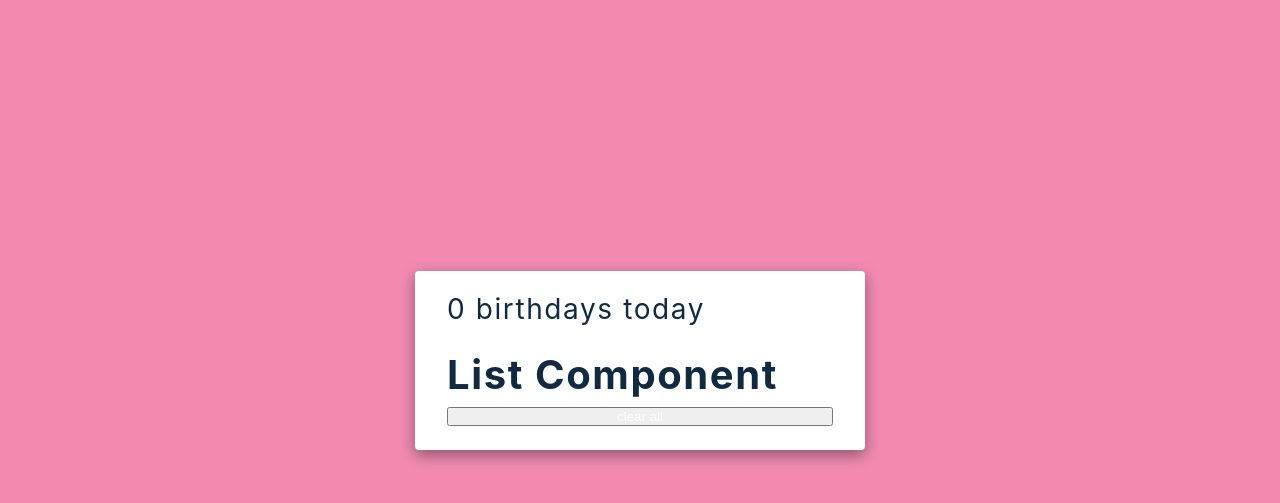
Repository: bodescuanamariia/birthday-reminder
Page: /
An editor plug-in stored every save of this project. The page is shown before and after the next save, followed by the edit.
The browser window is 1280 px wide. The pictures show the whole page.
The project was rebuilt for these pictures with package versions that can differ from the ones it lists, and the page was loaded fresh each time. Imported but missing from the stored project, and not drawn on this page: src/data.

Above is the page before, as saved 2022-04-14 14:30:08.

### src/index.css
/*
===============
Variables
===============
*/

:root {
  /* dark shades of primary color  */
  --clr-primary-1: hsl(162, 61%, 89%);
  --clr-primary-2: hsl(162, 61%, 78%);
  --clr-primary-3: hsl(162, 61%, 67%);
  --clr-primary-4: hsl(162, 61%, 57%);

  /* primary main color  */
  --clr-primary-5: hsl(162, 73%, 46%);

  /* lighter shades of primary color  */
  --clr-primary-6: #1aa179;
  --clr-primary-7: #13795b;
  --clr-primary-8: #0d503c;
  --clr-primary-9: #06281e;

  /* darkest grey - used for headings */
  --clr-grey-1: hsl(212, 33%, 89%);
  --clr-grey-2: hsl(210, 31%, 80%);
  --clr-grey-3: hsl(211, 27%, 70%);
  --clr-grey-4: hsl(209, 23%, 60%);

  /* grey used for paragraphs */
  --clr-grey-5: hsl(210, 22%, 49%);
  --clr-grey-6: hsl(209, 28%, 39%);
  --clr-grey-7: hsl(209, 34%, 30%);
  --clr-grey-8: hsl(211, 39%, 23%);
  --clr-grey-9: hsl(209, 61%, 16%);
  --clr-white: #fff;
  --clr-red-dark: hsl(360, 67%, 44%);
  --clr-red-light: hsl(360, 71%, 66%);
  --clr-green-dark: hsl(125, 67%, 44%);
  --clr-green-light: hsl(125, 71%, 66%);
  --clr-black: #222;
  --transition: all 0.3s linear;
  --spacing: 0.1rem;
  --radius: 0.25rem;
  --light-shadow: 0 5px 15px rgba(0, 0, 0, 0.1);
  --dark-shadow: 0 5px 15px rgba(0, 0, 0, 0.4);
  --max-width: 1170px;
  --fixed-width: 450px;
  --clr-pink: #f28ab2;
}

/*
===============
Global Styles
===============
*/
*,
::after,
::before {
  margin: 0;
  padding: 0;
  box-sizing: border-box;
}
body {
  font-family: -apple-system, BlinkMacSystemFont, "Segoe UI", "Roboto", "Oxygen",
    "Ubuntu", "Cantarell", "Fira Sans", "Droid Sans", "Helvetica Neue",
    sans-serif;
  background: var(--clr-pink);
  color: var(--clr-grey-9);
  line-height: 1.5;
  font-size: 0.875rem;
}
ul {
  list-style-type: none;
}
a {
  text-decoration: none;
}
h1,
h2,
h3,
h4 {
  letter-spacing: var(--spacing);
  text-transform: capitalize;
  line-height: 1.25;
  margin-bottom: 0.75rem;
}
h1 {
  font-size: 3rem;
}
h2 {
  font-size: 2rem;
}
h3 {
  font-size: 1.25rem;
}
h4 {
  font-size: 0.875rem;
}
p {
  margin-bottom: 1.25rem;
  color: var(--clr-grey-5);
}
@media screen and (min-width: 800px) {
  h1 {
    font-size: 4rem;
  }
  h2 {
    font-size: 2.5rem;
  }
  h3 {
    font-size: 1.75rem;
  }
  h4 {
    font-size: 1rem;
  }
  body {
    font-size: 1rem;
  }
  h1,
  h2,
  h3,
  h4 {
    line-height: 1;
  }
}

/*
===============
Global Classes
===============
*/
main {
  min-height: 100vh;
  display: flex;
  justify-content: center;
  align-items: center;
}
.container {
  width: 90vw;
  margin: 5rem 0;
  max-width: var(--fixed-width);
  background: var(--clr-white);
  border-radius: var(--radius);
  padding: 1.5rem 2rem;
  box-shadow: var(--dark-shadow);
}
.container h3 {
  font-weight: normal;
  text-transform: none;
  margin-bottom: 2rem;
}
.container button {
  color: var(--clr-white);
  display: block;
  width: 100%;
}

### src/App.js
import React, { useState } from "react";
import List from "./List";
import data from "./data";

function App() {
  return (
    <main>
      <section className="container">
        <h3>0 birthdays today</h3>
        <List />
        <button onClick={() => console.log("you clicked me")}>clear all</button>
      </section>
    </main>
  );
}

export default App;

### src/List.js
import React from "react";

const List = () => {
  return (
    <>
      <h2>list component</h2>
    </>
  );
};

export default List;

Loaded but not shown: public/index.html (common file); src/index.js (common file)

After the next save:
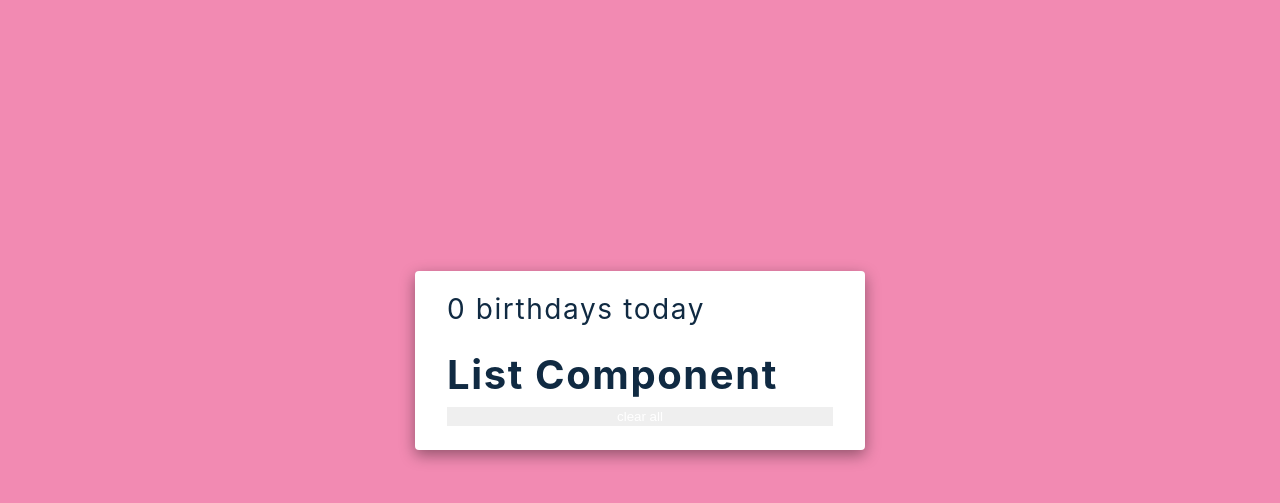
Saved 18 s later.
--- a/src/index.css
+++ b/src/index.css
@@ -153,4 +153,5 @@ main {
   color: var(--clr-white);
   display: block;
   width: 100%;
+  border-color: transparent;
 }
